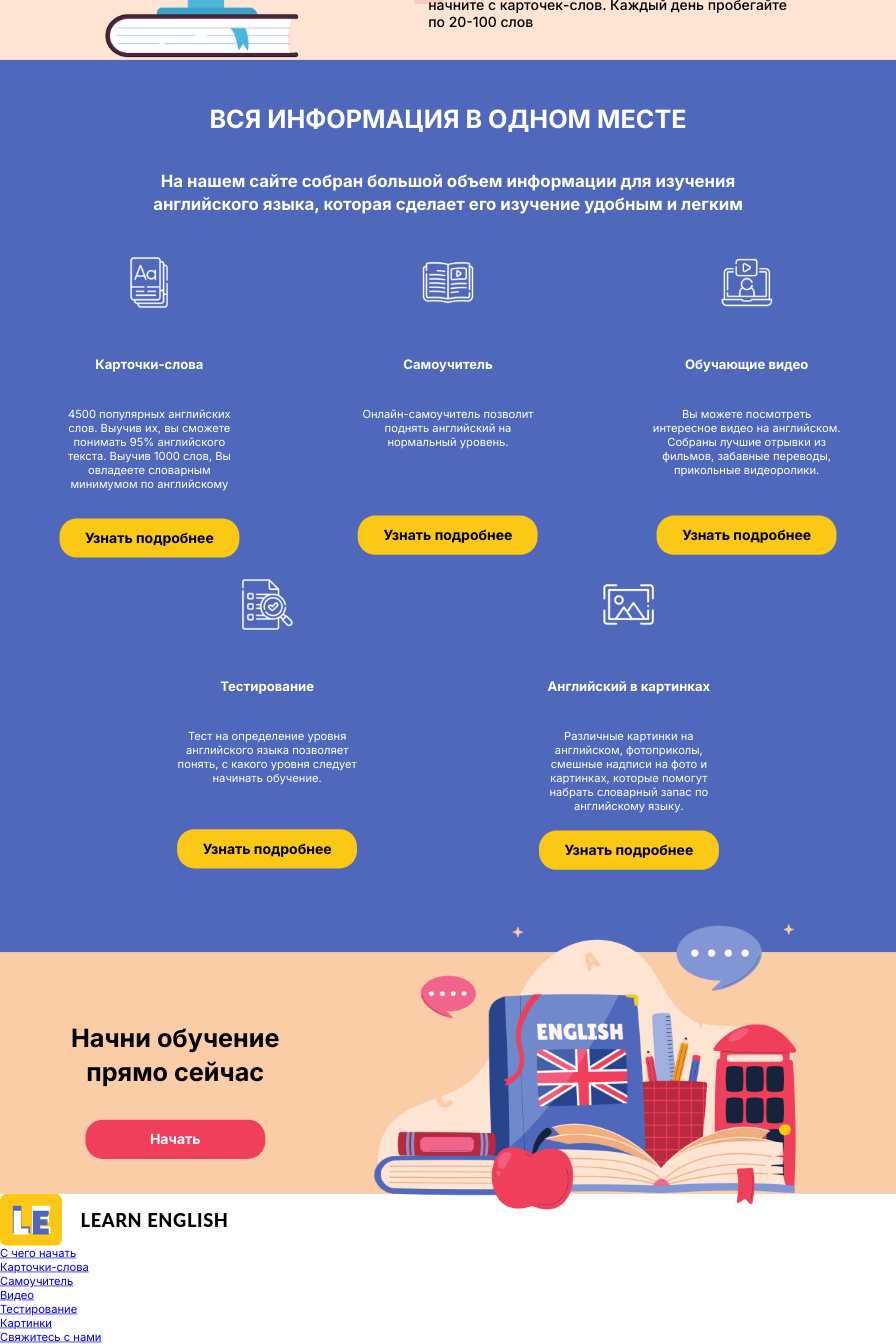
Repository: WladimirVA/Diplom
Page: scool/index.html
These files come from the project's save history. The page is drawn as it stood at one moment and after the next save; the edit follows.
The browser window is 1280 px wide. The pictures show the part of the page from y = 1291 to 3211 px (the page is 3211 px tall before and 3137 px after), at 70% of full size.

Above is the page before, as saved 2023-07-19 14:43:13.

### scool/index.html
<!DOCTYPE html>
<html lang="en">
<head>
    <meta charset="UTF-8">
    <meta name="viewport" content="width=device-width, initial-scale=1.0">
    <link href="./css/index.css" rel="stylesheet" type="text/css">
    <link href="../static/css/fonts.css" rel="stylesheet" type="text/css">
    <link rel="icon" sizes="16x16" href="./img/Vector.svg" type="image/x-icon">
    <title>Learn english</title>
</head>
<body>
    <header class="header" di="HOME">
        <div class="section">
            <div class="section-header">
                <div class="logo">
                    <img src="./img/Vector.svg">
                    <p>Learn english</p>
                </div>
                <div>

                    <ul class="ddropdownn">
                        <li class="ddropdownn-top">
                        <a class="ddropdownn-top" href="#">С чего начать</a>
                        </li>
                        <li class="ddropdownn-top">
                            <a class="ddropdownn-top" href="mailto:dyadichenko_va@mail.ru">Свяжитесь с нами</a>
                        </li>
                        <li class="ddropdownn-top">
                        <a class="ddropdownn-top" href="#">Обучение &#9660;</a>
                            <ul class="ddropdownn-inside">
                                <li><a href="/">Карточки-слова</a></li>
                                <li><a href="/">Самоучитель</a></li>
                                <li><a href="/">Видео</a></li>
                                <li><a href="/">Тестирование</a></li>
                                <li><a href="/">Картинки</a></li>
                            </ul>
                        </li>

                    </ul>
                </div>
            </div>
        </div>
    </header>
    <main>
        <section class="BEGINNES">
            <div class="section">
                <div class="content-beginners">
                    <div class="beginners-inf">
                        <h1>Английский <br>для начинающих</h1>
                        <p>Огромный объём <span  style="font-weight:900"> бесплатный <br></span> информации для изучения английского языка</p>
                        <div>
                            <ul class="home_ul">
                                <li class="home_li"><img class="check" src="./img/Иконка _Галочка_ 3.svg">Без регистрации</li>
                                <li class="home_li"><img class="check" src="./img/Иконка _Галочка_ 3.svg">Удобно и легко</li>
                            </ul>
                        </div>
                        <div class="buttonsHome">
                            <form action="#" method="post">
                                <button class="button_home">Начать обучение</button>
                            </form>
                        </div>
                    </div>
                    <div class="beginners-img">
                        <img src="./img/BACKGROUND.png" alt="foto">
                    </div>
                </div>
            </div>
        </section>
        <section class="LEARNING">
            <div class="section">
                <div class="content-learning">
                    <h1>С чего начать изучение<br> английского языка</h1>
                        <div class="learning">
                            <div class="img-learning">
                                <img src="./img/Group 31.png" alt="foto">
                            </div>
                            <div class="learning-text">
                                <div>
                                    <p class="popular">Самым популярным языком в мире является английский язык</p>
                                </div>
                                <div class="learning-text-img">
                                    <img src="./img/1.png" alt="number1">
                                    <p>Если у Вас уже есть определённые знания английского языка, проверьте свой уровень владения языком с помощью онлайн-тестирования, созданного по междунарожным стандартам</p>
                                </div>
                                <div class="learning-text-img">
                                    <img src="./img/2.png" alt="number2">
                                    <p>Если Вы решили изучать английский впервые, то начните с карточек-слов. Каждый день пробегайте по 20-100 слов</p>
                                </div>
                            </div>
                        </div>
                </div>
            </div>
        </section>
        <section class="INFORMATION">
            <div class="section">
                <div class="content-information">
                    <div class="information-text">
                        <h1>Вся информация в одном месте</h1>
                        <p>На нашем сайте собран большой объем информации для изучения <br> английского языка, которая сделает его изучение удобным и легким</p>
                    </div>
                </div>
                <div class="information">
                    <div class="information1">
                        <div class="a">
                            <img src="./img/Mask group.png" alt="foto">
                            <h3>Карточки-слова</h3>
                            <p>4500 популярных английских слов. Выучив их, вы сможете понимать 95% английского текста. Выучив 1000 слов,
                                Вы овладеете словарным минимумом по английскому</p>
                            <form class="buttton-inf1" action="#" method="post">
                                <button class="button_home">Узнать подробнее</button>
                            </form>
                        </div>
                        <div class="b">
                            <img src="./img/Mask group2.png" alt="foto">
                            <h3>Самоучитель</h3>
                            <p>Онлайн-самоучитель позволит поднять английский на нормальный уровень.</p>
                            <form class="buttton-inf2" action="#" method="post">
                                <button class="button_home">Узнать подробнее</button>
                            </form>
                        </div>
                        <div class="c">
                            <img src="./img/Mask group3.png" alt="foto">
                            <h3>Обучающие видео</h3>
                            <p>Вы можете посмотреть интересное видео на английском. Собраны лучшие отрывки из фильмов, забавные переводы, прикольные видеоролики.</p>
                            <form class="buttton-inf3" action="#" method="post">
                                <button class="button_home">Узнать подробнее</button>
                            </form>
                        </div>
                    </div>
                    <div class="information2">
                        <div class="d">
                            <img src="./img/Mask group4.png" alt="foto">
                            <h3>Тестирование</h3>
                            <p>Тест на определение уровня английского языка позволяет понять, с какого уровня следует начинать обучение.</p>
                            <form class="buttton-inf4" action="#" method="post">
                                <button class="button_home">Узнать подробнее</button>
                            </form>
                        </div>
                        <div class="e">
                            <img src="./img/Mask group5.png" alt="foto">
                            <h3>Английский в картинках</h3>
                            <p>Различные картинки на английском, фотоприколы, смешные надписи на фото и картинках, которые помогут набрать словарный запас по английскому языку.</p>
                            <form class="buttton-inf5" action="#" method="post">
                                <button class="button_home">Узнать подробнее</button>
                            </form>
                        </div>
                    </div>
                </div>
            </div>
        </section>
        <section class="TRANING">
            <div class="section">
                <div class="training">
                    <div class="training-inf">
                        <p>Начни обучение <br>прямо сейчас</p>
                        <form class="buttton-training1">
                            <button class="button_home buttton-training">Начать</button>
                        </form>
                    </div>
                    <div class="training-img">
                        <img src="./img/image 2 (3).png" alt="number2">
                    </div>
                </div>
            </div>
        </section>
    </main>
    <footer class="FOOTER">
        <div class="section">
            <div class="section-footer">
                <div class="logo">
                    <img src="./img/Vector.svg">
                    <p>Learn english</p>
                </div>
                <div>
                    <div class="ddropdownn">
                        <ul >
                            <li><a href="#">С чего начать</a></li>
                            <!-- <li><a href="#">Обучение</a></li> -->
                            <li><a href="#">Карточки-слова</a></li>
                            <li><a href="#">Самоучитель</a></li>
                        </ul>
                    </div>
                    <div class="ddropdownn2">
                        <ul>
                            <li><a href="#">Видео</a></li>
                            <li><a href="#">Тестирование</a></li>
                            <li><a href="#">Картинки</a></li>
                            <li><a class="link" href="mailto:dyadichenko_va@mail.ru">Свяжитесь с нами</a></li>
                        </ul>
                    </div>
                </div>
            </div>
        </div>
    </footer>
</body>
</html>

### scool/css/index.css
body {
    scroll-behavior: smooth;
    align-items: center;
    width: 100%;
    max-width: 1366px;
    margin: auto;
    font-family: 'Inter', 'Work Sans', "NunitoSans-Light", Arial, Helvetica, sans-serif;
}
* {
    margin: 0;
    padding: 0;
}

.logo {
    display: flex;
    align-items: center;
}

.logo p {
    font-family: Lato;
    font-size: 26px;
    font-weight: 800;
    line-height: 48px;
    letter-spacing: 0.035em;
    text-align: left;
    text-transform: uppercase;
    padding-left: 1em;
}

/* .link {
    font-family: Inter;
    font-size: 16px;
    font-weight: 500;
    line-height: 20px;
    letter-spacing: 0em;
    padding-right: 60px;
    text-decoration: none;
    color: #000000;


}

.header-nav {
    display: flex;
    list-style-type: none;
    padding-top: 20px;
} */
/* Стили выпадающего списка */
ul.ddropdownn li {/* Считаем координаты относительно исходного места. */
    position: relative; }
ul.ddropdownn, ul.ddropdownn-inside {
    /* Отступы на нуле. */
    padding: 0;
    /* Маркеры уберем. */
    list-style-type: none;
    }
ul.ddropdownn-inside {
    /* Спрячем дочерние элементы выпадающего списка. */
    left: -9999px;
    position: absolute;
    }
ul.ddropdownn li.ddropdownn-top {
    /* Небольшой отступ. */
    margin: 20px 1px 0 0;
    /* Выравнивание по левой стороне. */
    float: left;
    display: inline;
    }
ul.ddropdownn li.ddropdownn-top a {
    /* Делаю элементы блочными. */
    display: block;
    /* Снова отступы. */
    padding: 3px 30px 4px;
    text-decoration: none;
    color: black;
    font-family: Inter;
    width: 145px;
    }
/* ul.ddropdownn a.ddropdownn-top {/* Цвет фона. */ background: #FEF6F3; } */
ul.ddropdownn a.ddropdownn-top:hover {/* Отступы. */ padding: 13px 20px 4px; }
ul.ddropdownn li.ddropdownn-top:hover .ddropdownn-inside {
    left: 0;
    /* Делаю элементы блочными. */
    display: block;
    }
ul.ddropdownn .ddropdownn-inside {/* Цвет фона. */ background: #FEF6F3; }
ul.ddropdownn .ddropdownn-inside a:hover {/* Цвет фона изменится при наведении. */
    background: #FEF6F3; }


@media screen and (max-width: 745px) {
    .header-nav {
        display: block;
        padding-top: 0px;
    }
}


.section-header {
    display: flex;
    justify-content: space-between;
    background-color: #FEF6F3;
    padding: 5px 0px 0 70px;

}

.BEGINNES {
    background: #FEF6F3;
}

.content-beginners {
    display: flex;
    justify-content: space-between;
}

.beginners-inf {
    padding: 50px 0 0 70px;
}

.beginners-inf h1 {
    font-family: Inter;
    font-size: 44px;
    font-weight: 700;
    line-height: 48px;
    letter-spacing: -0.08em;
    text-align: left;
    text-transform: uppercase;
    font-family: Inter;
    font-size: 45px;
    font-weight: 700;
    line-height: 48px;
    letter-spacing: 0.035em;
    text-align: left;
}

.beginners-img img {
    width: 100%;
    height: auto;
}

.beginners-inf p {
    margin-top: 50px;
}

.content-beginners {
    font-family: Inter;
    font-size: 22px;
    font-weight: 700;
    line-height: 24px;
    letter-spacing: 0em;
    text-align: left;

    font-family: Inter;
    font-size: 22px;
    font-weight: 500;
    line-height: 24px;
    letter-spacing: 0em;
    text-align: left;

    font-family: Inter;
    font-size: 20px;
    font-weight: 500;
    line-height: 24px;
    letter-spacing: 0em;
    text-align: left;
}

.home_ul {
    list-style-type: none;
    padding: 20px 0 20px 0;
}

.check {
    margin-left: 15px;
}

.button_home {
    font-family: Inter;
    font-size: 20px;
    font-weight: 700;
    line-height: 24px;
    letter-spacing: 0em;
    text-align: center;
    background:#FBC815;
    border-style: none;
    border-radius: 25px;
    width: 257px;
    height: 56px;
}

.LEARNING {
    background: #FDE4D3;
}

.learning {
    display: flex;
    justify-content: space-evenly;
}

.img-learning img {
    width: 100%;
    height: auto;
}

.content-learning h1 {
    text-align: center;
    text-transform: uppercase;
    font-family: Inter;
    font-size: 36px;
    font-weight: 700;
    line-height: 48px;
    letter-spacing: 0em;
    text-align: center;
    padding-top: 65px;

}

.popular {
    margin-left: 20px;
}

.learning-text {
    max-width: 550px;
    margin-top: 50px;
}

.learning-text p {
    font-family: Inter;
    font-size: 20px;
    font-weight: 500;
    line-height: 24px;
    letter-spacing: 0em;
    text-align: left;
}

.learning-text-img {
    margin-top: 60px;
}

.learning-text-img p {
    margin: -38px 0 0 20px;
}

.INFORMATION {
    background: #4F68BB;
    height: 1275px;
}

.information-text {
    text-align: center;
    color: #FFFFFF;
    /* max-width: 932px; */
}


.content-information h1 {
    font-family: Inter;
    font-size: 36px;
    font-weight: 700;
    line-height: 48px;
    letter-spacing: 0em;
    text-align: center;
    text-transform: uppercase;
    padding: 60px 0 50px 0;
}

.content-information p {
    font-family: Inter;
    font-size: 24px;
    font-weight: 700;
    line-height: 32px;
    letter-spacing: 0em;
    text-align: center;
}


.information1 {
    color: #FFFFFF;
    height: 400px;
    text-align: center;
    display: flex;
    justify-content: space-around;
    margin: 60px 0 0 0;
}

.information1 p {
    max-width: 270px;
}

.information1 h3 {
    padding: 65px 0 50px 0;
}

.information2 {
    color: #FFFFFF;
    height: 400px;
    text-align: center;
    margin: 60px 0 0 0;
    display: flex;
    justify-content: space-evenly;
}

.information2 p {
    max-width: 270px;
}
.information2 h3 {
    padding: 65px 0 50px 0;
}

.buttton-inf1 {
    margin-top: 39px;
}
.buttton-inf2 {
    margin-top: 95px;
}
.buttton-inf3 {
    margin-top: 55px;
}
.buttton-inf4 {
    padding-top: 63px;
}
.buttton-inf5 {
    padding-top: 25px;
}

.TRANING {
    background:rgba(251, 205, 166, 1);
    height: 345px;
}

.training {
    display: flex;
    align-items: center;
    justify-content: space-evenly;
}

.training-inf {
    display: block;
    text-align: center;
}

.training-inf p {
    font-family: Inter;
    font-size: 36px;
    font-weight: 700;
    line-height: 48px;
    letter-spacing: 0em;
    text-align: center;
}

.buttton-training1 {
    padding-top: 45px;
}

.buttton-training {
    color: #FFFFFF;
    font-family: Inter;
    font-size: 20px;
    font-weight: 700;
    line-height: 24px;
    letter-spacing: 0em;
    text-align: center;
   background: rgba(240, 63, 90, 1);
}

.training-img {
    margin-top: -60px;
}

### static/css/fonts.css
/* @import url('https://fonts.googleapis.com/css2?family=Work+Sans:ital,wght@0,600;0,800;1,800&display=swap'); */


/* @import url('https://fonts.googleapis.com/css2?family=Inter:wght@400;500;600;700;800&family=Work+Sans:ital,wght@0,600;0,800;1,800&display=swap'); */


@import url('https://fonts.googleapis.com/css2?family=Inter:wght@100;200;300;400;500;600;700;800;900&display=swap');

@import url('https://fonts.googleapis.com/css2?family=Inter:wght@100;200;300;400;500;600;700;800;900&family=Work+Sans:ital,wght@0,100;0,200;0,300;0,400;0,500;0,600;0,700;0,800;0,900;1,100;1,200;1,300;1,400;1,500;1,600;1,700;1,800;1,900&display=swap');

After the next save:
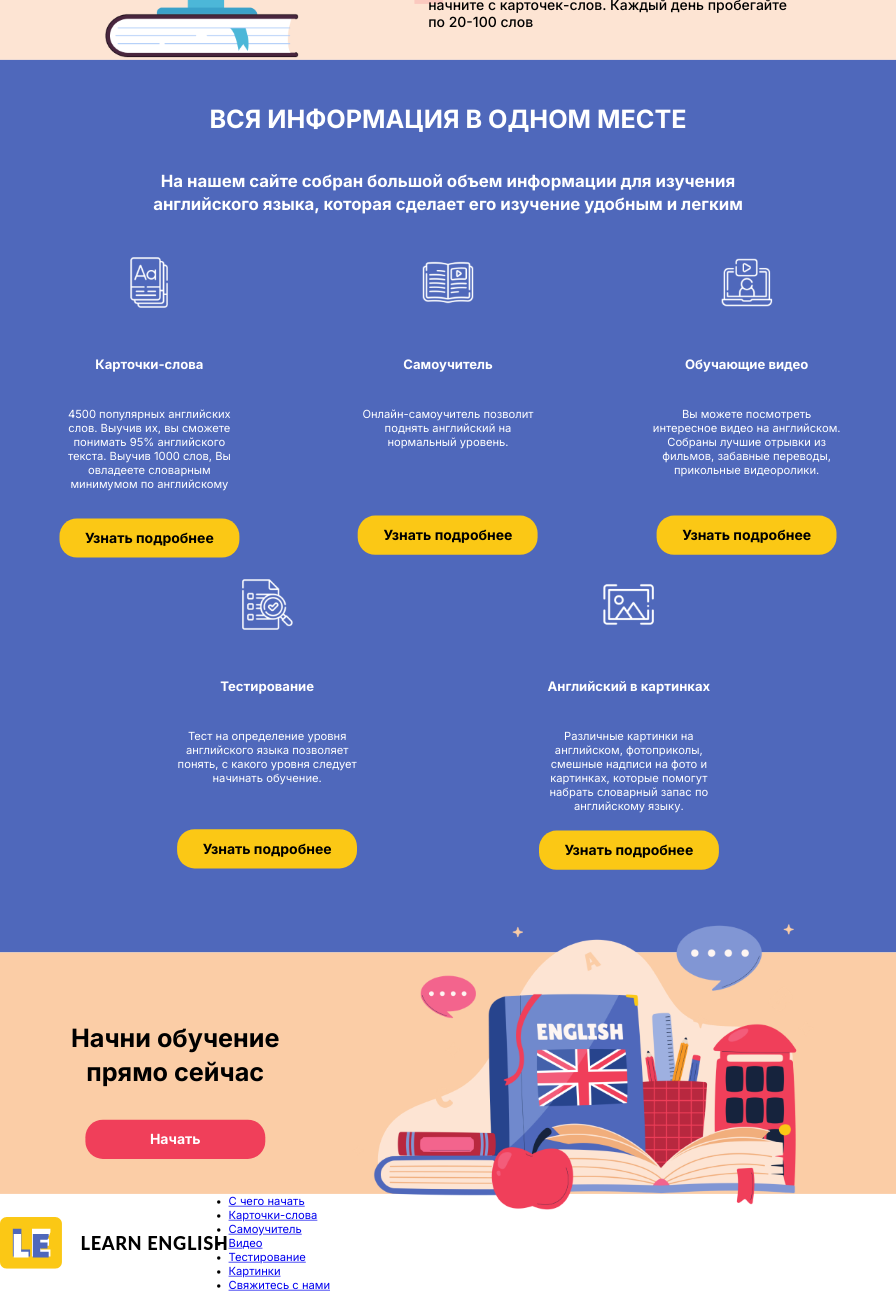
Saved 30 s later.
--- a/scool/css/index.css
+++ b/scool/css/index.css
@@ -366,3 +366,7 @@ ul.ddropdownn .ddropdownn-inside a:hover {/* Цвет фона изменитс
 .training-img {
     margin-top: -60px;
 }
+
+.section-footer {
+    display: flex;
+}
